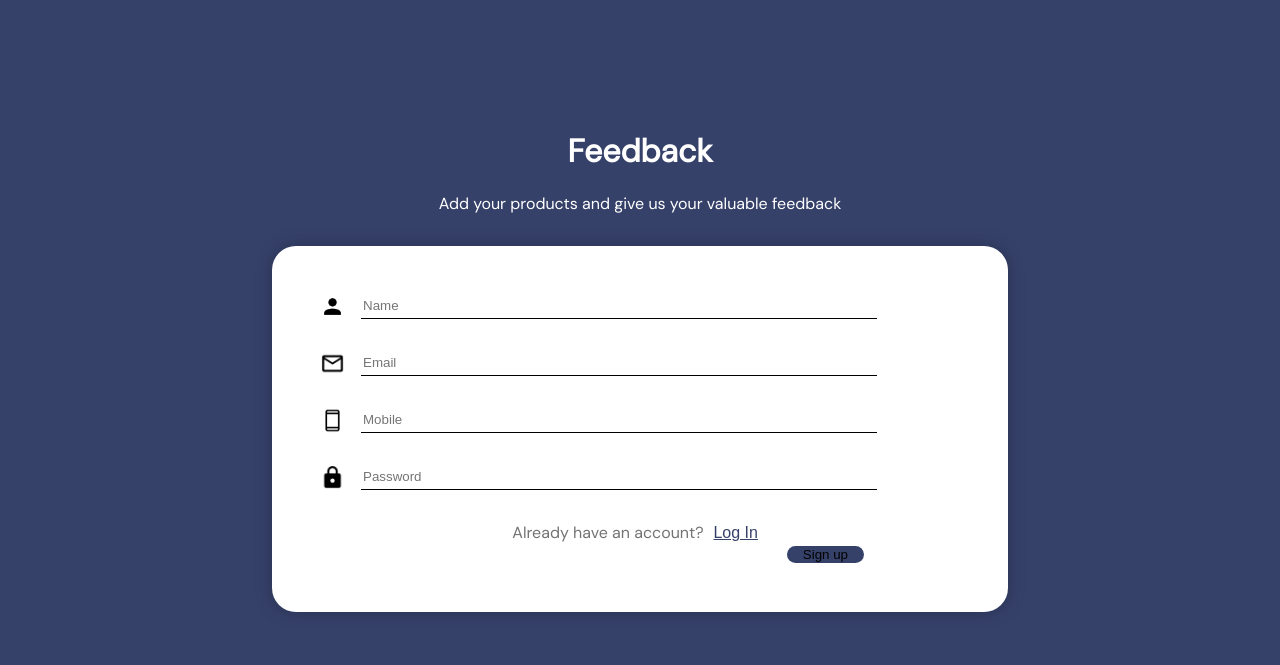
Repository: drumsmanku/final-evaluation-test
Page: /signup (app in client/)
The author's editor kept a copy of each file at every save. The page is drawn from the files as they stood at one save, then again after the next save.
The browser window is 1280 px wide. The pictures show the whole page.
The project was rebuilt for these pictures with package versions that can differ from the ones it lists, and the page was loaded fresh each time. Also part of the build but not shown: client/src/Components/MainPage.js, client/src/CSS/Login.css, client/src/Components/Login.js.

Above is the page before, as saved 2023-07-29 18:47:01.

### client/src/App.js
import './App.css';
import { BrowserRouter as Router, Route, Routes} from 'react-router-dom';
import MainPage from './Components/MainPage';
import SignUp from './Components/SignUp';
import Login from './Components/Login';
function App() {
  return (
    <div className="App">
      <Router>
        <Routes>
          <Route path='/' element={<MainPage/>}/>
          <Route path='/signup' element={<SignUp/>}/>
        </Routes>
      </Router>
    </div>
  );
}

export default App;

### client/src/Components/SignUp.js
import React, {useState, useEffect} from 'react';
import '../CSS/SignUp.css'
import { useNavigate } from 'react-router-dom';
import axios from 'axios';
import name from '../Assets/name.png'
import mobile from '../Assets/mobile.png'
import email from '../Assets/email.png'
import password from '../Assets/password.png'

function SignUp() {
  const navigate=useNavigate();
  const [user, setUser] = useState({
    name: '',
    email: '',
    mobile: '',
    password: ''
  });
  const handleChange = e => {
    setUser({
      ...user,
      [e.target.name]: e.target.value
    });
  };
  const signup = (event) => {
    event.preventDefault();
    axios.post('http://localhost:4000/signup', user)
      .then(res => {
        localStorage.setItem('token', res.data.jwtToken);
        localStorage.setItem('user', res.data.name);
        const tokenData=localStorage.getItem('token')
        if(tokenData!=='undefined') {
          navigate('/')
        }
        else{

        }

      })
      .catch(err => console.log(err));
  };
  return (
    <div className='signup-container'>
      <div className="headings">
        <h1>Feedback</h1>
        <span>Add your products and give us your valuable feedback</span>
      </div>
      <form>
        <div style={{display:'flex', width:'100%', marginBottom:'2rem'}}>
          <img src={name} height={25} alt="" />
          <input type="text" name="name" value={user.name} onChange={handleChange} placeholder="Name"/>
        </div>

        <div style={{display:'flex', width:'100%', marginBottom:'2rem'}}>
          <img src={email} height={25} alt="" />
          <input type="email" name="email" value={user.email} onChange={handleChange} placeholder="Email"/>
        </div>

        <div style={{display:'flex', width:'100%', marginBottom:'2rem'}}>
          <img src={mobile} height={25} alt="" />
          <input type="text" name="mobile" value={user.mobile} onChange={handleChange} placeholder="Mobile" />
        </div>

        <div style={{display:'flex', width:'100%', marginBottom:'2rem'}}>
          <img src={password} height={25} alt="" />
          <input type="password" name="password" value={user.password} onChange={handleChange} placeholder="Password" />
        </div>

        <span style={{color:'#737373'}}>Already have an account?<button style={{background:'none', color:'#36416A', fontSize:'medium', marginLeft:0, padding:0, width:'4rem', cursor:'pointer', border:'none', textDecoration:'underline'}} onClick={()=>{navigate('/login')}}>Log In</button></span>

        <div style={{width:'85%', textAlign:'end'}}>
          <button className='signup-button' type="submit" style={{ cursor:'pointer'}} onClick={signup}>Sign up</button>
        </div>

      </form>
    </div>
  )
}

export default SignUp

### client/src/CSS/MainPage.css
@import url('https://fonts.googleapis.com/css2?family=DM+Sans&display=swap');

body{
  font-family: 'DM Sans';
}
.main-container{
  height: 100vh;
  width: 100vw;
  display: flex;
  flex-direction: column;

}
.main-top-container{
  width: 100%;
}
.btn-main-page-login{
  height: 2rem;
  width: 6rem;
  font-weight: 500;
  font-size: medium ;
  background: none;
  border: none;
  border-radius: 0.3rem;
  margin-left: 1rem;
  margin-bottom:0;
  color: white;
  font-family: 'DM Sans';
  cursor: pointer;
}
.btn-main-page-register{
  height: 2rem;
  width: 6rem;
  font-size: medium;
  font-weight: 500;
  background-color: #36416A;
  border: 2px solid white;
  border-radius: 0.3rem;
  margin-left: 1rem;
  margin-bottom:0;
  color: white;
  font-family: 'DM Sans';
  cursor: pointer;
}
.navbar{
  width: 100%;
  background-color: #36416A;
}
.title-desc{
  width: 100%;
  display: flex;
  align-items: center;
  justify-content: space-around;

}
.bottom-left{
  width: 20%;
  display: flex;
  flex-direction: column;
  align-items: center;
  margin-left: 2rem;

}
.bottom-right{
  width: 75%;
}
.main-bottom-container{
  width:100%;
  display: flex;
}
.bottom-top-right{
  width: 98%;
  display: flex;
  justify-content: space-between;
  border: 3px solid #36416A59;
  padding: 0.7rem;
  border-radius: 0.5rem;

}
.add-product-button{
  height: 2rem;
  font-size: medium;
  font-weight: 500;
  background-color: #36416A;
  border:none;
  border-radius: 0.3rem;
  margin-left: 1rem;
  margin-bottom:0;
  color: white;
  font-family: 'DM Sans';
  cursor: pointer;
  padding-left: 1em;
  padding-right: 1em;
}
.product-cards{
  width: 100%;
  display: flex;
  padding-top: 2rem;
  flex-direction: column;
}
.card-main-info{
  width: 100%;
  display: flex;
  flex-direction: column;
}
.comments-button{
  color: #ABABAB;
  border: none;
  outline: none;
  background: none;
  font-size: small;
  letter-spacing: 0.1rem;
  display:flex;
  align-items: center;
  cursor: pointer;
}
.upvotes{
  width: 10%;
  background-color: brown;
  display: flex;
  flex-direction: column;
  align-items: center;
}

### client/src/CSS/SignUp.css

.signup-container{
  width: 100vw;
  height: 100vh;
  display: flex;
  flex-direction: column;
  justify-content: center;
  align-items: center;
  background-color: #36416A;
}
.headings{
  color: white;
  margin-bottom: 2rem;
}
.signup-container form{
  width: 50%;
  display: flex;
  flex-direction: column;
  background-color: white;
  padding: 3rem;
  box-shadow: 0 0 17px #00000040;
  border-radius: 1.5rem;
}
.signup-container input[type='text'], [type='password'], [type='email']{
  border-bottom: 1px solid black;
  width: 80%;
  margin-left: 1rem;
  border-top: none;
  border-left: none;
  border-right: none;
}
.signup-button{
  padding-left: 1rem;
  padding-right: 1rem;
  border-radius: 1rem;
  border: none;
  background-color: #36416A;
}

Loaded but not shown: client/public/index.html (common file); client/src/index.js (common file); client/src/index.css (common file); client/src/App.css (common file); client/src/CSS/Login.css (no copy from this time; the picture is the same without it)

After the next save:
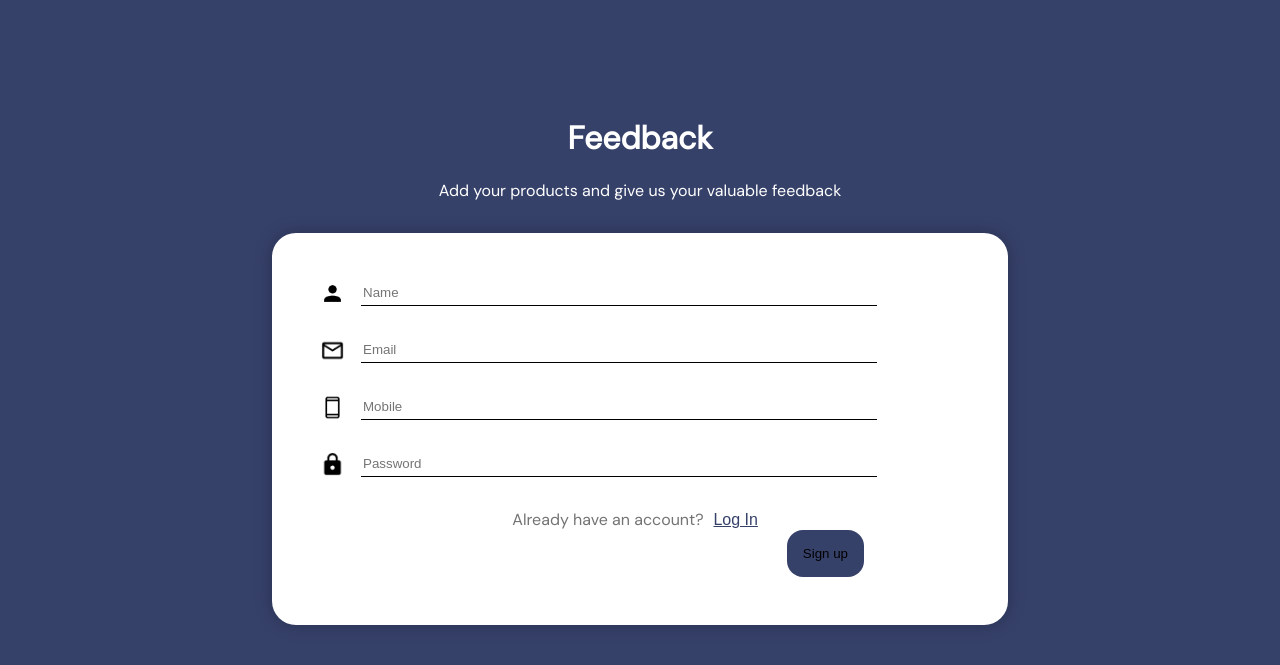
Saved 15 s later.
--- a/client/src/CSS/SignUp.css
+++ b/client/src/CSS/SignUp.css
@@ -30,8 +30,7 @@
   border-right: none;
 }
 .signup-button{
-  padding-left: 1rem;
-  padding-right: 1rem;
+  padding: 1rem;
   border-radius: 1rem;
   border: none;
   background-color: #36416A;
